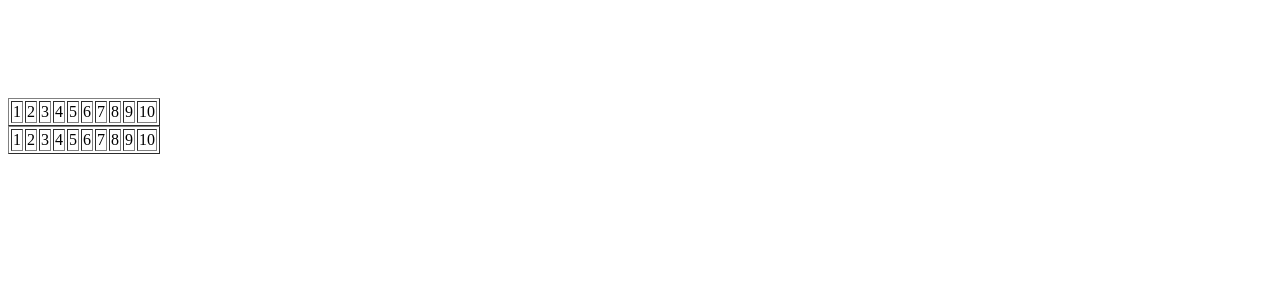
Repository: leejonggwon/Amora-Project
Page: http://localhost/JSP/ex08newTable.jsp
These files come from the project's save history. The page is drawn as it stood at one moment and after the next save; the edit follows.
The browser window is 1280 px wide. The pictures show the whole page.
The page is served by Tomcat 9.

Above is the page before, as saved 2023-07-23 11:44:39.

### 04.Server/JSP/src/main/webapp/ex08newTable.jsp
<%@ page language="java" contentType="text/html; charset=EUC-KR"
    pageEncoding="EUC-KR"%>
<!DOCTYPE html>
<html>
<head>
<meta charset="EUC-KR">
<title>Insert title here</title>
</head>
<body>
	<%-- 반복문을 사용하여 10개짜리 방이 있는 테이블 만들기 --%>
	<table border="1px solid black">


	<tr>
		<% for(int i = 1; i<=10; i++){

	       out.print("<td>" + i + "</td>");  // out내장객체를 활용하는 방법

	    } %>
	</tr>


	<br>
	<br>
	<br>
	<br>
	<br>



	<table border="1px solid black">
	<!--이전에는 반복문을 이렇게 구현했다  -->
	<tr>
		<% for(int i = 1; i<=10; i++){ %>

	      <td><%= i %></td>   <!-- *****이렇게 이어진 형태로 가능하다-->

	    <% } %>
	</tr>

	</table>

</body>
</html>

After the next save:
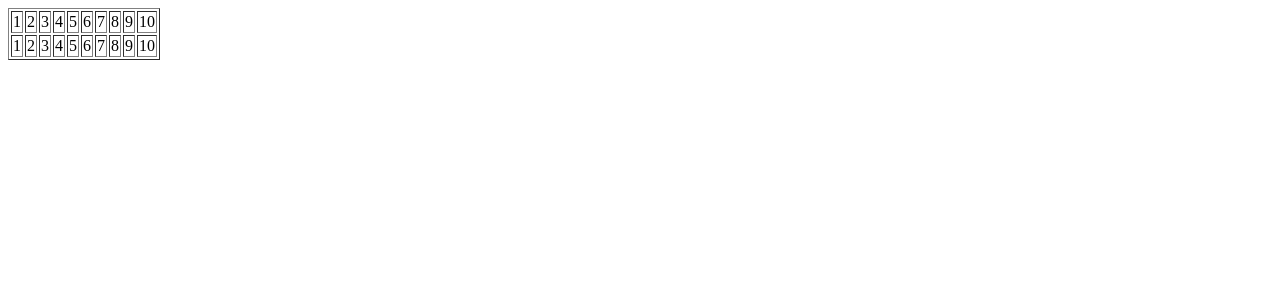
Saved 18 s later.
--- a/04.Server/JSP/src/main/webapp/ex08newTable.jsp
+++ b/04.Server/JSP/src/main/webapp/ex08newTable.jsp
@@ -19,16 +19,6 @@
 	    } %>
 	</tr>
 
-
-	<br>
-	<br>
-	<br>
-	<br>
-	<br>
-
-
-
-	<table border="1px solid black">
 	<!--이전에는 반복문을 이렇게 구현했다  -->
 	<tr>
 		<% for(int i = 1; i<=10; i++){ %>
